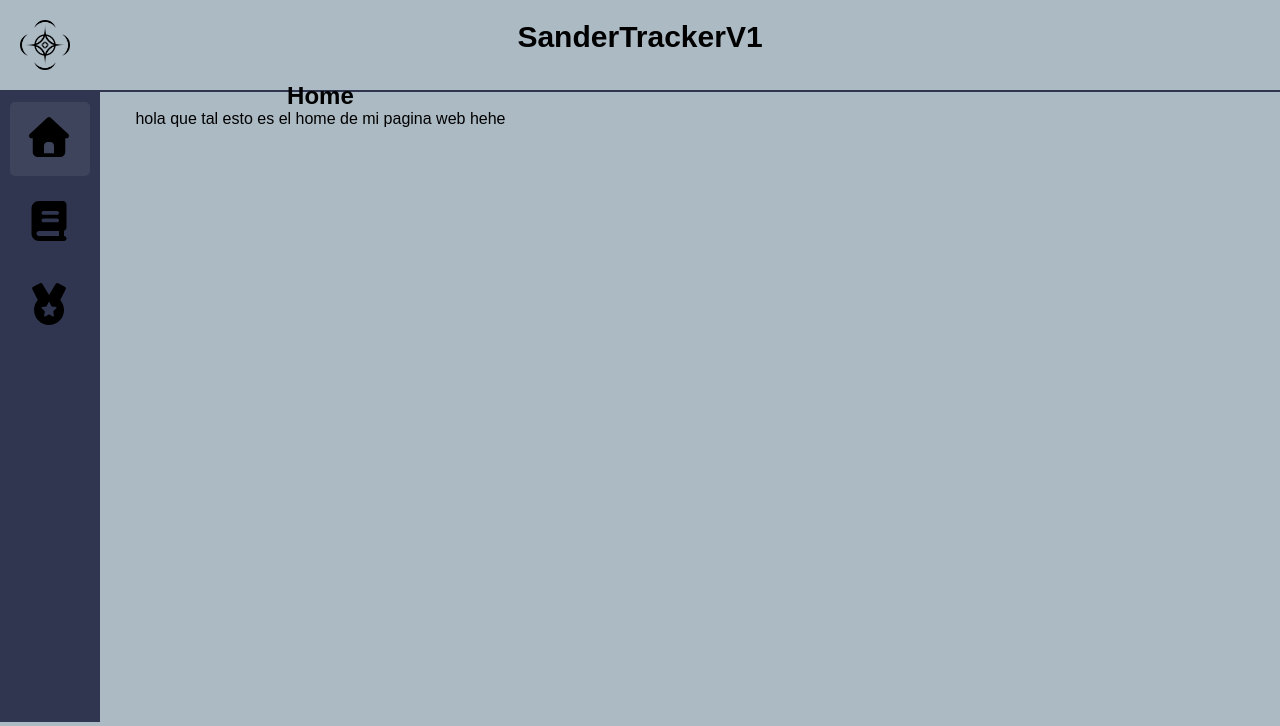
Repository: iocolopus/learn_web
Page: sandertracker_1/index.html
An editor plug-in stored every save of this project. The page is shown before and after a run of saves, followed by the edit.
The browser window is 1280 px wide. The pictures show the whole page.

Above is the page before, as saved 2026-02-18 20:53:51.

### sandertracker_1/index.html
<!DOCTYPE html>
<html lang="en">
<head>
    <meta charset="UTF-8">
    <meta name="viewport" content="width=device-width, initial-scale=1.0">
    <title>sandertracker_v1</title>
    <link rel="stylesheet" href="styles.css">
    <link rel="stylesheet" href="styles_section.css">
</head>
<body>
    <header>
        <img src="media/comere_logo.png" alt="logo del cosmere" id="pageLogo">
        <h1 id="headerText">SanderTrackerV1</h1>
    </header>
    <nav class="navBar">
        <div class="navItem inNavItem">
            <img src="media/house-solid-full.svg" alt="more" class="navIcon">
            <h2 class="navText">Home</h2>
        </div>

        <div class="navItem">
            <img src="media/book-solid-full.svg" alt="more" class="navIcon">
            <h2 class="navText">Books</h2>
        </div>

        <div class="navItem">
            <img src="media/medal-solid-full.svg" alt="more" class="navIcon">
            <h2 class="navText">Goals</h2>
        </div>
    </nav>

    <section class="inSection" id="home">
        <h1>Home</h1>
        <p>hola que tal esto es el home de mi pagina web hehe</p>
    </section>



    <script src="script.js"></script>
</body>
</html>

### sandertracker_1/styles.css
* {
    margin: 0;
    font-family: sans-serif;
}

body {
    background-color: rgb(172, 186, 196);
}

header {
    background-color: rgb(172, 186, 196);
    border-bottom: 2px solid rgb(48, 54, 79);
    height: 90px;
    text-align: left;
    position: relative;
    text-align: center;
}

#pageLogo {
    position: absolute;
    left: 0;
    right: 0;
    margin: 20px;
    display: inline-block;
    width: 50px;

}

#headerText {
    margin-top: 20px;
    font-size: 30px;
    font-weight: 700;
    display: inline-block;
}

.navBar {
    transition: all 0.2s ease;
    display: inline-block;
    background-color: rgb(48, 54, 79);
    height: calc(100vh - 90px);
    width: 100px;
    overflow: hidden;
}

.navBar:hover{
    width: 200px;
}

.navItem.inNavItem{
    background-color: rgba(172, 186, 196, 0.1);
    border-radius: 5px;
}

.navItem:hover{
    margin: 10px;
    padding: 10px;
    cursor: pointer;
    background-color: rgba(172, 186, 196, 0.2) !important;
    border-radius: 5px;
}

.navItem {
    margin: 10px;
    padding: 10px;
}


.navIcon {
    width: 50px;
    margin-left: 4px;
    height: auto;
    display: inline-block;
    fill: rgb(172, 186, 196);
}



.navText{
    display: none;
    margin-left: 20px;
    color: rgb(172, 186, 196);
    transform: translate(0, -60%);
}

.navText.transparent{
    opacity: 0;
    transition: all 0.3s ease;
}

.navText.opaque{
    opacity: 1;
}

.navText.hovered{
    display: inline-block;

    margin-left: 20px;
    color: rgb(172, 186, 196);
    transform: translate(0, -60%);

}

### sandertracker_1/styles_section.css
section {
    display: none;
}

section.inSection {
    text-align: center;
    display: inline-block;
    width: 60vh;
    transform: translateY(-83vh);
}

### sandertracker_1/script.js
const navBar = document.querySelector(".navBar")
const navTexts = document.querySelectorAll(".navText")


navBar.addEventListener("mouseenter", () => {
    time_out = setTimeout( () => {
        navTexts.forEach(
        navText => {
            navText.classList.add("hovered")
        }
    )
    }, 130)
})

navBar.addEventListener("mouseleave", () => {
    clearTimeout(time_out)
    navTexts.forEach(
        navText => navText.classList.remove("hovered")
    )
})

After the next 2 saves:
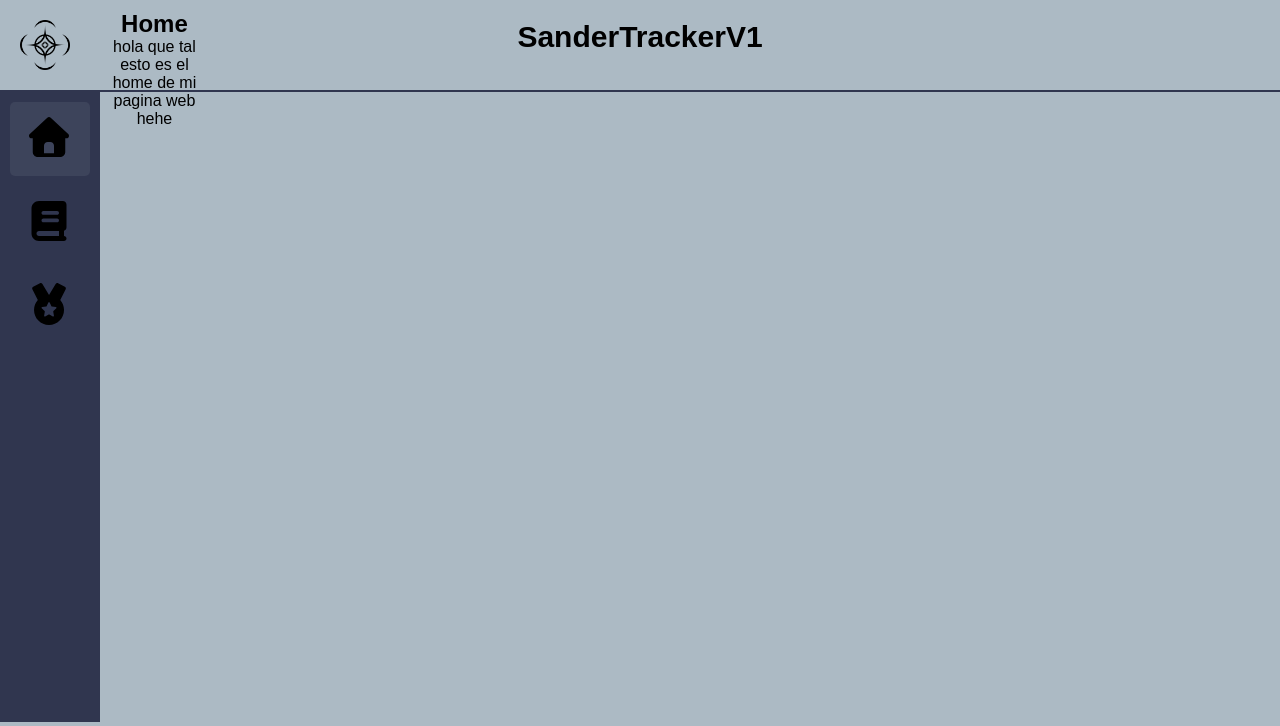
The 2 saves are shown as one change because they came seconds apart.
The last was saved 11 s later.
--- a/sandertracker_1/styles_section.css
+++ b/sandertracker_1/styles_section.css
@@ -5,6 +5,6 @@ section {
 section.inSection {
     text-align: center;
     display: inline-block;
-    width: 60vh;
+    width: 100px;
     transform: translateY(-83vh);
 }
